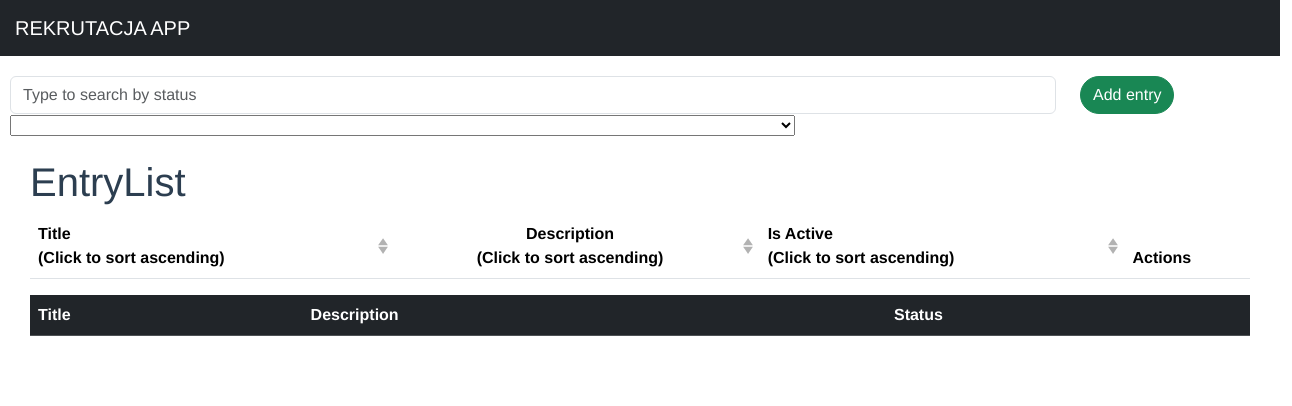
Repository: Madaless/vue_elastic
Page: / (app in vuejsapp/crudapp/)
These files come from the project's save history. The page is drawn as it stood at one moment and after the next save; the edit follows.
The browser window is 1280 px wide. The page is 1292 px wide, so the pictures cover 1292 px, including what lies to the right of the window. The pictures show the whole page.
The page's requests for data from a server got no answer. The project was rebuilt for these pictures with package versions that can differ from the ones it lists, and the page was loaded fresh each time. No one was signed in, and anything a server would have sent is missing.

Above is the page before, as saved 2021-09-12 17:37:48.

### vuejsapp/crudapp/src/main.js
import Vue from 'vue'
import App from './App.vue'
import store from  './store/index'
import { BootstrapVue, IconsPlugin } from 'bootstrap-vue'

// Import Bootstrap an BootstrapVue CSS files (order is important)
import 'bootstrap/dist/css/bootstrap.css'
import 'bootstrap-vue/dist/bootstrap-vue.css'

// Make BootstrapVue available throughout your project
Vue.use(BootstrapVue)
// Optionally install the BootstrapVue icon components plugin
Vue.use(IconsPlugin)

Vue.config.productionTip = false

new Vue({
  store,
  render: h => h(App),
}).$mount('#app')

### vuejsapp/crudapp/src/App.vue
<template>
  <div id="app">
    <b-navbar class="navbar navbar-expand navbar-dark bg-dark">
      <b-navbar-brand id="header" href="#">REKRUTACJA APP</b-navbar-brand>
    </b-navbar>

    <b-row id = "filterEntry">
      <b-col sm="10"><FilterEntry /></b-col>
      <b-col sm="2"><AddEntry /></b-col>
    </b-row>

    <EntryList />
  </div>
</template>

<script>
import AddEntry from "./components/AddEntry.vue";
import FilterEntry from "./components/FilterEntry.vue";
import EntryList from "./components/EntryList.vue";

export default {
  name: "App",
  components: {
    AddEntry,
    FilterEntry,
    EntryList,
  },
};
</script>

<style>
#app {
  font-family: Avenir, Helvetica, Arial, sans-serif;
  -webkit-font-smoothing: antialiased;
  -moz-osx-font-smoothing: grayscale;
  color: #2c3e50;
}
#header {
  padding-left: 15px;
}

#filterEntry {
    padding-top: 20px;
    padding-bottom: 20px;
    padding-left: 10px;
    padding-right: 10px;
}
</style>

### vuejsapp/crudapp/src/store/index.js
import Vuex from 'vuex';
import Vue from 'vue';
import entryList from './modules/entryList';

Vue.use(Vuex);

export default new Vuex.Store({
    modules: {
        entryList
    }
})

### vuejsapp/crudapp/src/components/AddEntry.vue
<template>
  <div>
    <b-button pill block variant="success">Add entry</b-button>
  </div>
</template>

<script>
export default {
  setup() {},
};
</script>

<style scoped>
</style>

### vuejsapp/crudapp/src/components/FilterEntry.vue
<template>
  <div>
    <b-form-input
      id="filter-input"
      v-model="filter"
      type="search"
      placeholder="Type to search by status"
    ></b-form-input>

    <b-form-select
      id="sort-by-select"
      v-model="sortBy"
      :options="sortOptions"
      :aria-describedby="ariaDescribedby"
      size="l"
      class="w-75">
      <template #first>
        <option value="">-- none --</option>
      </template>
    </b-form-select>


  </div>
</template>

<script>
export default {
  setup() {},
  data() {
      return {
          sortOptions: ["no","yes"]
      }
  }
};
</script>

<style scoped>
</style>

### vuejsapp/crudapp/src/components/EntryList.vue
<template>
  <div id="entryList">
    <h1>EntryList</h1>

    <div class="todos">
      <b-table :items="entryList" :fields="fields">
        <template #cell(name)="row">
          {{ row.value.first }} {{ row.value.last }}
        </template>

        <template #cell(actions)="row">
          <b-button
            pill
            size="sm"
            @click="info(row.item, row.index, $event.target)"
            class="mr-1"
          >
            Info modal
          </b-button>
          <b-button size="sm" pill @click="row.toggleDetails">
            {{ row.detailsShowing ? "Hide" : "Show" }} Details
          </b-button>
          <b-button size="sm" pill block variant="danger"
            >Delete entry</b-button>
        </template>

        <template #row-details="row">
          <b-card>
            <ul>
              <li v-for="(value, key) in row.item" :key="key">
                {{ key }}: {{ value }}
              </li>
            </ul>
          </b-card>
        </template>
      </b-table>
      <table class="table table-striped table-dark">
        <thead>
          <tr>
            <th>Title</th>
            <th>Description</th>
            <th>Status</th>
          </tr>
        </thead>
        <tbody>
          <tr v-for="entry in entryList" v-bind:key="entry.key">
            <td>{{ entry.title }}</td>
          </tr>
        </tbody>
      </table>
    </div>
  </div>
</template>

<script>
import { mapGetters, mapActions } from "vuex";

export default {
  name: "EntryList",
  methods: {
    ...mapActions(["fetchEntryList"]),
  },
  computed: mapGetters(["entryList"]),
  created() {
    this.fetchEntryList();
  },
  data() {
    return {
      items: [
        {
          isActive: true,
          age: 40,
          name: { first: "Dickerson", last: "Macdonald" },
        },
        { isActive: false, age: 21, name: { first: "Larsen", last: "Shaw" } },
        {
          isActive: false,
          age: 9,
          name: { first: "Mini", last: "Navarro" },
          _rowVariant: "success",
        },
        { isActive: false, age: 89, name: { first: "Geneva", last: "Wilson" } },
        { isActive: true, age: 38, name: { first: "Jami", last: "Carney" } },
        { isActive: false, age: 27, name: { first: "Essie", last: "Dunlap" } },
        { isActive: true, age: 40, name: { first: "Thor", last: "Macdonald" } },
        {
          isActive: true,
          age: 87,
          name: { first: "Larsen", last: "Shaw" },
          _cellVariants: { age: "danger", isActive: "warning" },
        },
        { isActive: false, age: 26, name: { first: "Mitzi", last: "Navarro" } },
        {
          isActive: false,
          age: 22,
          name: { first: "Genevieve", last: "Wilson" },
        },
        { isActive: true, age: 38, name: { first: "John", last: "Carney" } },
        { isActive: false, age: 29, name: { first: "Dick", last: "Dunlap" } },
      ],
      fields: [
        {
          key: "title",
          label: "Title",
          sortable: true,
          sortDirection: "desc",
        },
        {
          key: "description",
          label: "Description",
          sortable: true,
          class: "text-center",
        },
        {
          key: "isActive",
          label: "Is Active",
          formatter: (value) => {
            return value ? "Yes" : "No";
          },
          sortable: true,
          sortByFormatted: true,
          filterByFormatted: true,
        },
        { key: "actions", label: "Actions" },
      ],
    };
  },
};
</script>

<style scoped>
#entryList {
  padding-left: 30px;
  padding-right: 30px;
}
</style>

### vuejsapp/crudapp/src/store/modules/entryList.js
import axios from 'axios';

const state = {
  entryList: []
};
// get the state
const getters = {
  entryList: (state) => {
    return state.entryList
  }
};

const actions = {
    // fetch from api
  async fetchEntryList({ commit }) {
    const response = await axios.get('https://jsonplaceholder.typicode.com/todos');

    commit('setEntryList', response.data);
  }
}

const mutations = {
    setEntryList: (state, entryList) => (state.entryList = entryList)
};

export default {
    state,
    getters,
    actions,
    mutations
};

Loaded but not shown: vuejsapp/crudapp/public/index.html (common file)

After the next save:
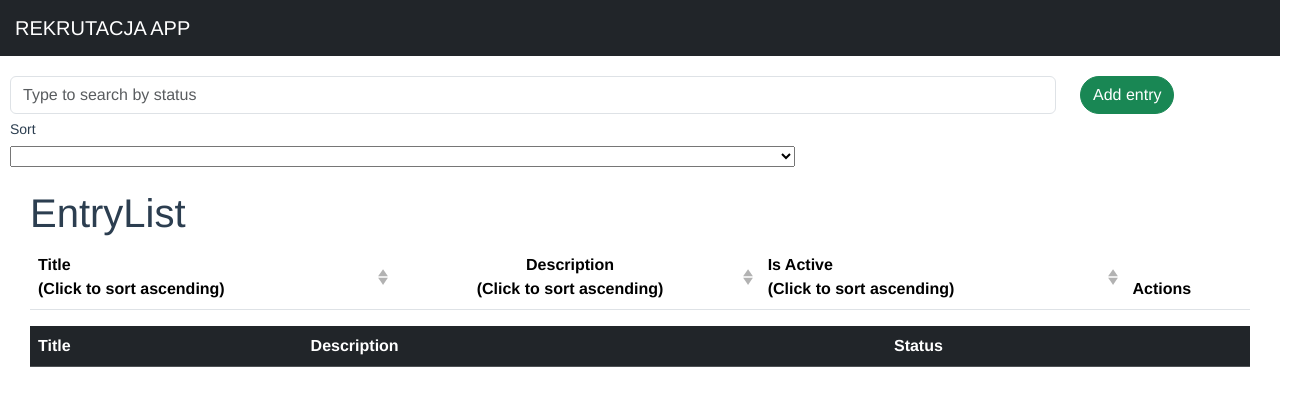
Saved 118 min 34 s later.
--- a/vuejsapp/crudapp/src/components/FilterEntry.vue
+++ b/vuejsapp/crudapp/src/components/FilterEntry.vue
@@ -7,19 +7,28 @@
       placeholder="Type to search by status"
     ></b-form-input>
 
-    <b-form-select
-      id="sort-by-select"
-      v-model="sortBy"
-      :options="sortOptions"
-      :aria-describedby="ariaDescribedby"
-      size="l"
-      class="w-75">
-      <template #first>
-        <option value="">-- none --</option>
-      </template>
-    </b-form-select>
-
-
+    <b-form-group
+      label="Sort"
+      label-for="sort-by-select"
+      label-cols-sm="3"
+      label-align-sm="right"
+      label-size="sm"
+      class="mb-0"
+      v-slot="{ ariaDescribedby }"
+    >
+      <b-form-select
+        id="sort-by-select"
+        v-model="sortBy"
+        :options="sortOptions"
+        :aria-describedby="ariaDescribedby"
+        size="l"
+        class="w-75"
+      >
+        <template #first>
+          <option value="">-- none --</option>
+        </template>
+      </b-form-select>
+    </b-form-group>
   </div>
 </template>
 
@@ -27,10 +36,10 @@
 export default {
   setup() {},
   data() {
-      return {
-          sortOptions: ["no","yes"]
-      }
-  }
+    return {
+      sortOptions: ["no", "yes"],
+    };
+  },
 };
 </script>
 
